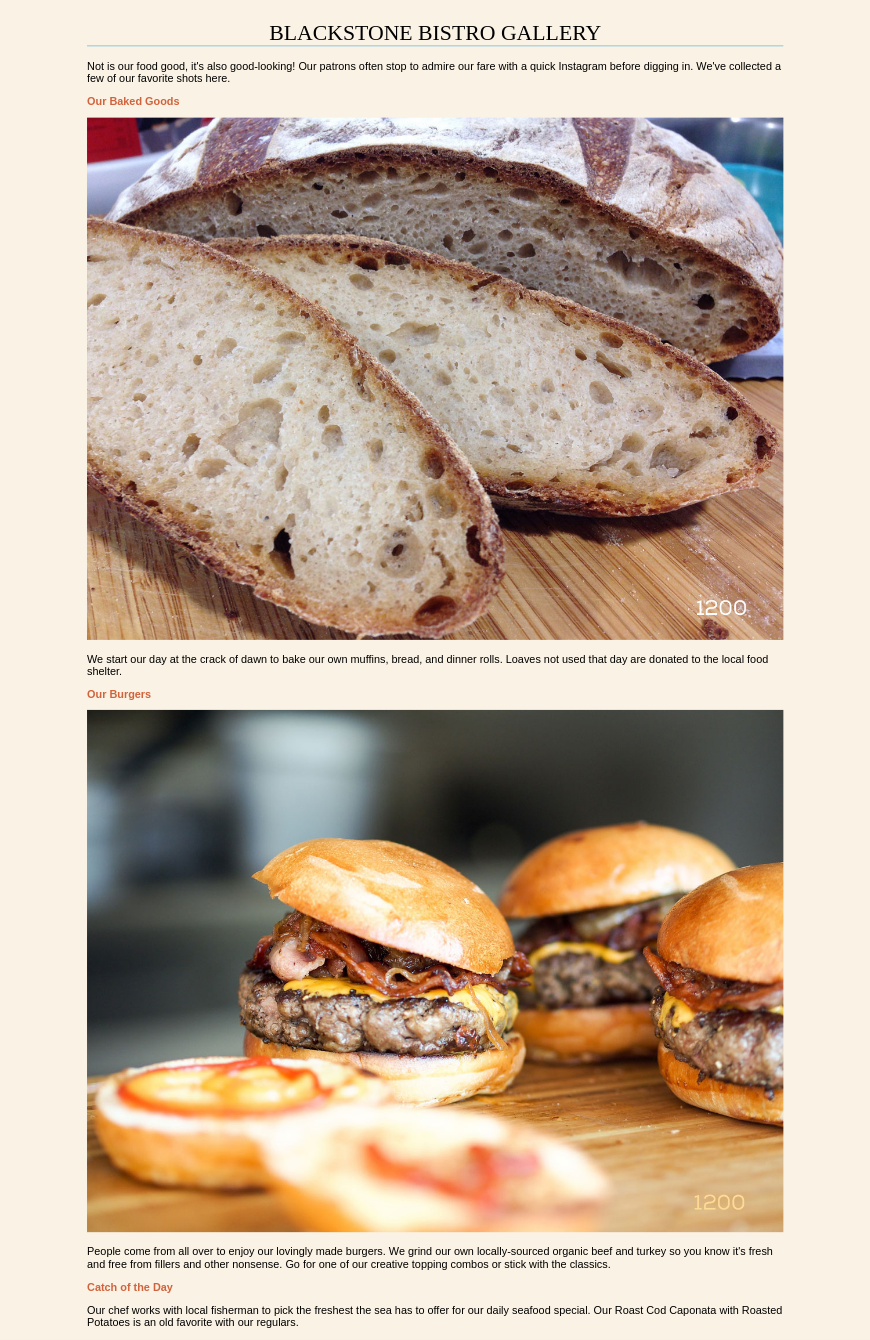
Repository: Colo-Codes/code-practice
Page: responsivegallery/index.html
An editor plug-in stored every save of this project. The page is shown before and after the next save, followed by the edit.
The browser window is 1280 px wide. The pictures show the whole page, at 68% of full size.

Above is the page before, as saved 2021-04-28 13:48:07.

### responsivegallery/index.html
<!DOCTYPE html>
<html>
<head>
<meta charset="UTF-8">
<title>Blackstone Bistro Gallery</title>
<meta name="viewport" content="width=device-width, initial-scale=1"> <!-- Required to make the page responsive. -->
<style>
body {
  background-color: #faf2e4;
  margin: 0 10%;
  font-family: sans-serif;
  }

h1 {
  text-align: center;
  font-family: serif;
  font-weight: normal;
  text-transform: uppercase;
  border-bottom: 1px solid #57b1dc;
  margin-top: 30px;
}

h2 {
  color: #d1633c;
  font-size: 1em;
}
img {
	max-width: 100%; /* This makes images scale down for smaller screen widths. */
}
</style>

</head>

<body>


<h1>Blackstone Bistro Gallery</h1>
<p>Not is our food good, it's also good-looking! Our patrons often stop to admire our fare with a quick Instagram before digging in. We've collected a few of our favorite shots here.</p>
<h2>Our Baked Goods</h2>
<picture>
  <source media="(min-width: 480px)" srcset="images/bread-1200.jpg 1200w, images/bread-800.jpg 800w" sizes="80vw"> <!-- For viewports of more than 480px in width, use these images depending of how wide is the viewport (this offers options to the browser) -->
  <img src="images/bread-400.jpg" alt="Slices of sourdough bread"> <!-- Small and non-supporting devices -->
</picture><br>
<p>We start our day at the crack of dawn to bake our own muffins, bread, and dinner rolls. Loaves not used that day are donated to the local food shelter. </p>

<h2>Our Burgers</h2>
<picture>
  <source srcset="images/burgers-1200.jpg 1200w, images/burgers-800.jpg 800w">
  <img src="images/burgers-400.jpg" alt="A tasty burger with cheese and bacon">
</picture>
<p>People come from all over to enjoy our lovingly made burgers. We grind our own locally-sourced organic beef and turkey so you know it's fresh and free from fillers and other nonsense. Go for one of our creative topping combos or stick with the classics. </p>

<h2>Catch of the Day</h2>
<p>Our chef works with local fisherman to pick the freshest the sea has to offer for our daily seafood special. Our Roast Cod Caponata with Roasted Potatoes is an old favorite with our regulars.</p>



</body>
</html>

After the next save:
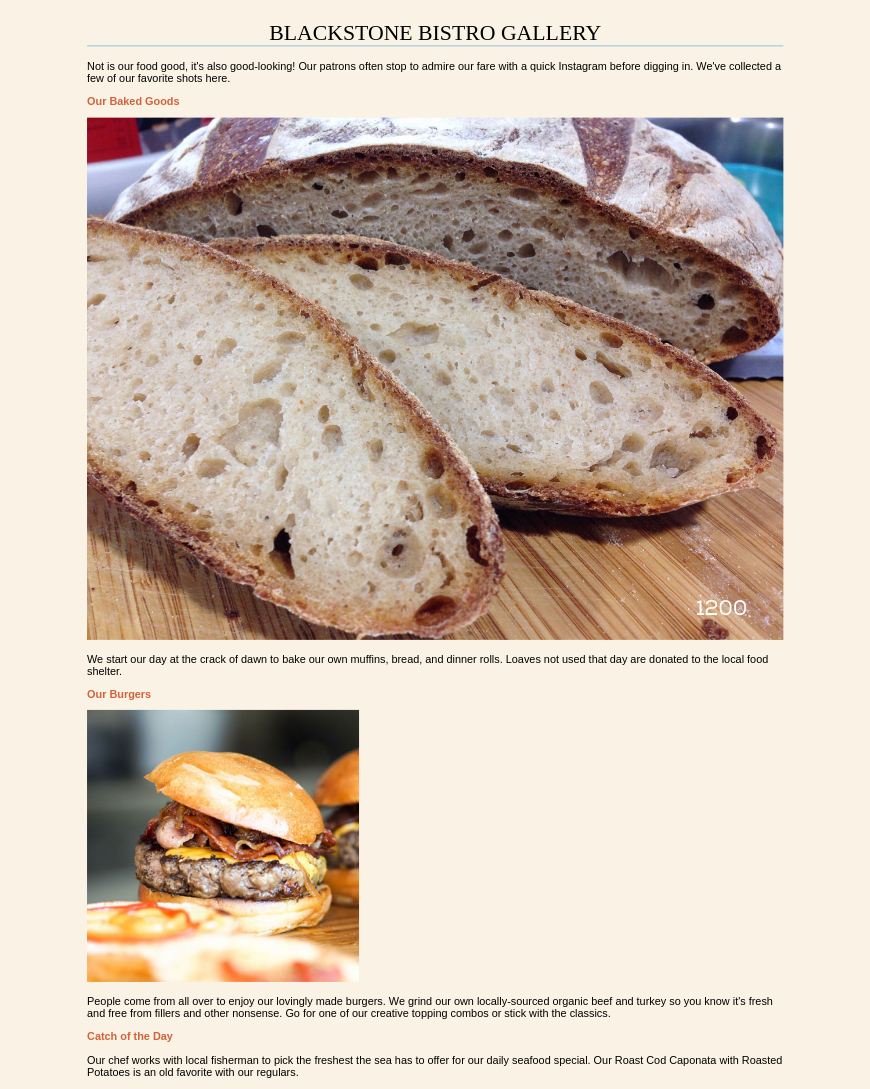
Saved 106 s later.
--- a/responsivegallery/index.html
+++ b/responsivegallery/index.html
@@ -45,7 +45,7 @@
 
 <h2>Our Burgers</h2>
 <picture>
-  <source srcset="images/burgers-1200.jpg 1200w, images/burgers-800.jpg 800w">
+  <source media="(max-width: 480px)" srcset="images/burgers-1200.jpg 1200w, images/burgers-800.jpg 800w">
   <img src="images/burgers-400.jpg" alt="A tasty burger with cheese and bacon">
 </picture>
 <p>People come from all over to enjoy our lovingly made burgers. We grind our own locally-sourced organic beef and turkey so you know it's fresh and free from fillers and other nonsense. Go for one of our creative topping combos or stick with the classics. </p>

After the 2 saves that followed:
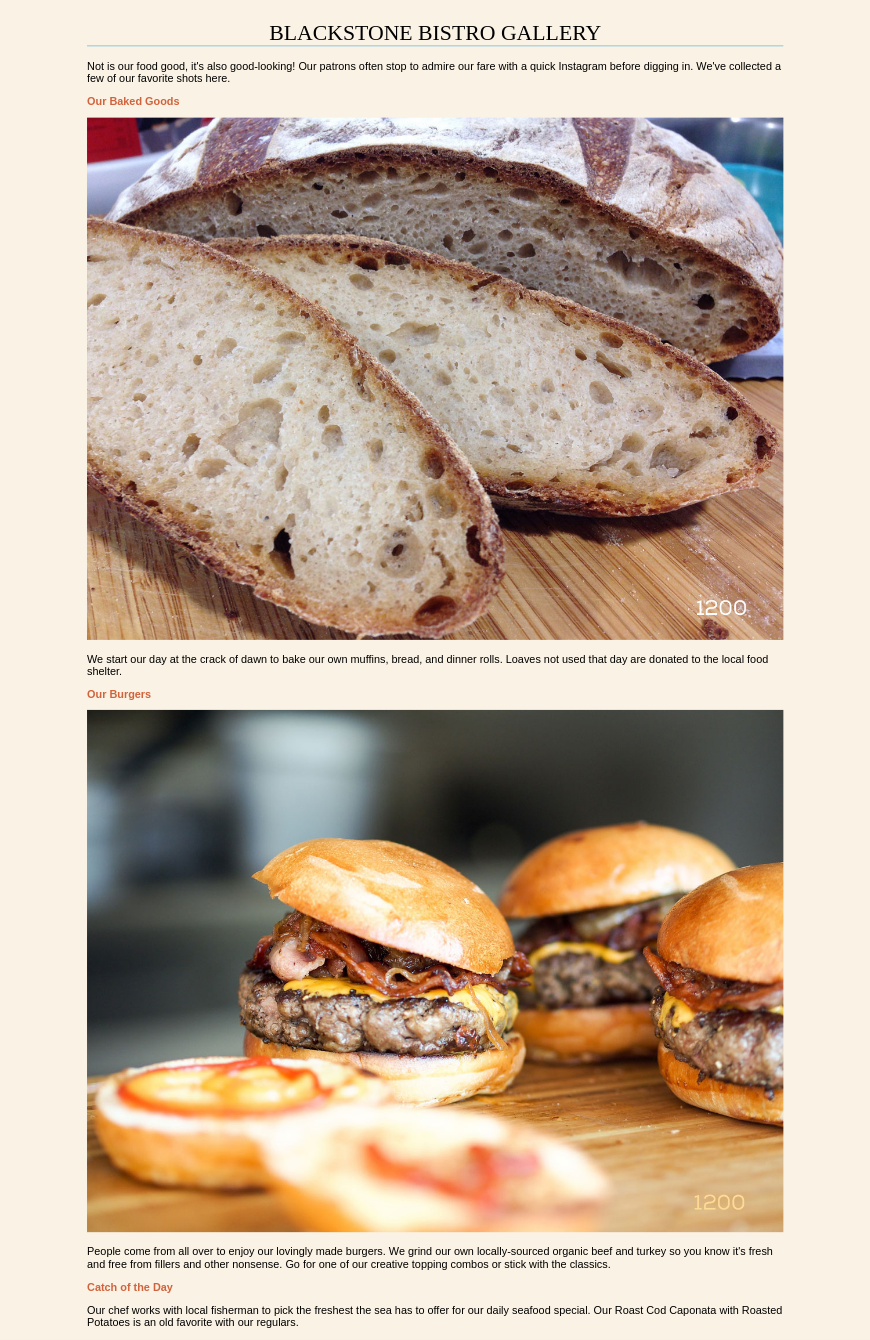
The 2 saves are shown as one change because 1 left the picture as it was.
The last was saved 77 s later.
--- a/responsivegallery/index.html
+++ b/responsivegallery/index.html
@@ -45,7 +45,7 @@
 
 <h2>Our Burgers</h2>
 <picture>
-  <source media="(max-width: 480px)" srcset="images/burgers-1200.jpg 1200w, images/burgers-800.jpg 800w">
+  <source media="(min-width: 480px)" srcset="images/burgers-1200.jpg 1200w, images/burgers-800.jpg 800w" sizes="80vw">
   <img src="images/burgers-400.jpg" alt="A tasty burger with cheese and bacon">
 </picture>
 <p>People come from all over to enjoy our lovingly made burgers. We grind our own locally-sourced organic beef and turkey so you know it's fresh and free from fillers and other nonsense. Go for one of our creative topping combos or stick with the classics. </p>
